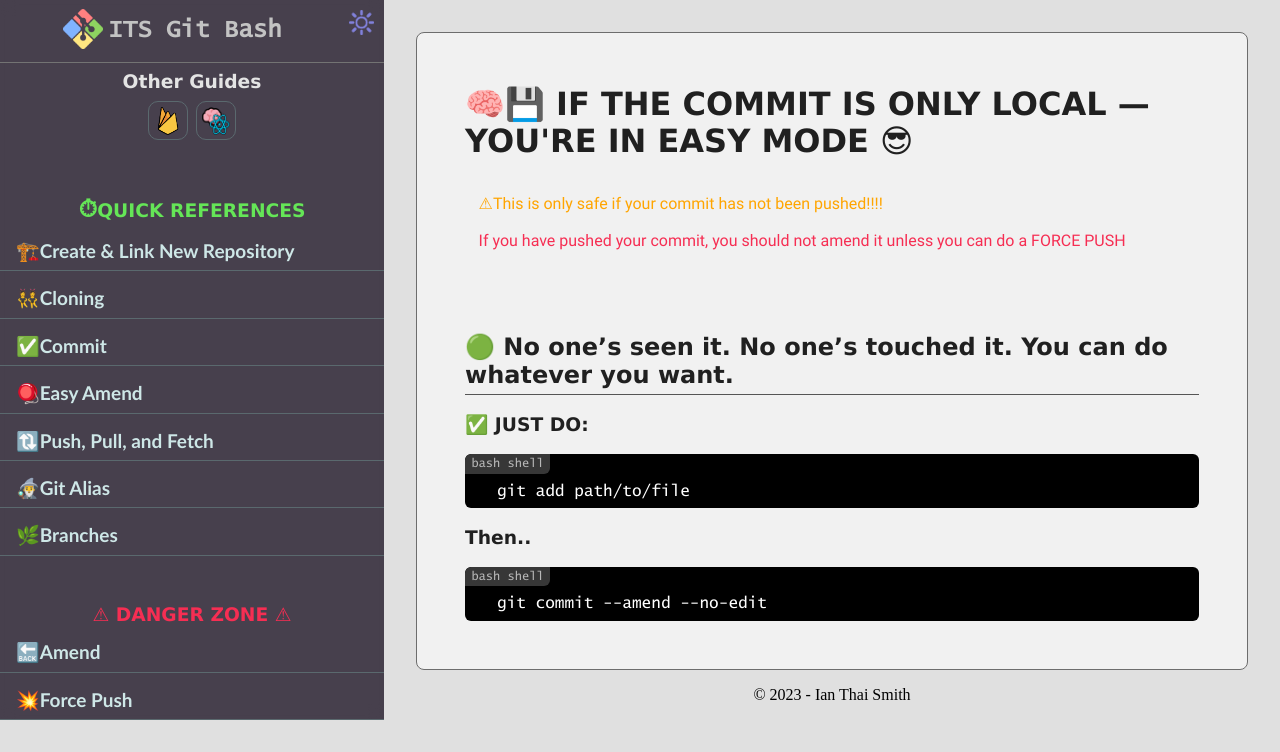
Repository: whyDoILoveThis/project__ITS_Git_Bash
Page: html/easy-amend.html
An editor plug-in stored every save of this project. The page is shown before and after the next save, followed by the edit.
The browser window is 1280 px wide. The pictures show the whole page.

Above is the page before, as saved 2025-07-06 06:25:46.

### html/easy-amend.html
<!DOCTYPE html>
<html lang="en">
  <head>
    <meta charset="UTF-8" />
    <meta name="viewport" content="width=device-width, initial-scale=1.0" />
    <link rel="stylesheet" href="/css/normalize.css" />
    <link rel="stylesheet" href="/css/style.css" />
    <title>new-page</title>
  </head>
  <body>
    <!--!!!!!-->
    <!--! MAIN-WRAP -->
    <div class="main-wrap">
      <section class="article-wrap">
        <article class="article">
          <h1>🧠💾 IF THE COMMIT IS ONLY LOCAL — YOU'RE IN EASY MODE 😎</h1>
          <p class="orng">
            ⚠This is only safe if your commit has not been pushed!!!!
            <br />
            <br />
            <em class="red">
              If you have pushed your commit, you should not amend it unless you
              can do a FORCE PUSH
            </em>
          </p>
          <h2>
            🟢 No one’s seen it. No one’s touched it. You can do whatever you
            want.
          </h2>
          <h3>✅ JUST DO:</h3>
          <div class="code">
            <p>git add path/to/file<br /></p>
          </div>
          <h3>Then..</h3>
          <div class="code">
            <p>git commit --amend --no-edit</p>
          </div>
        </article>
      </section>
    </div>
    <!--! MAIN-WRAP -->
    <!--! !!!!!!! -->
    <script src="/JS/dynamic-nav.js"></script>
  </body>
</html>

### css/style.css


/*TODO: REFACTOR FOR BETTER ORGANIZATION
        AND REMOVING REDUNDANCIES*/

        :root {
            --size--brightness-toggler: 50px;
        }


.gradient {
    width: 100vw;
    height: 100vh;
    background: rgb(52,30,84);
background: linear-gradient(360deg, rgba(52,30,84,1) 0%, rgba(67,41,166,1) 100%);
}

@font-face {
    font-family: LucidaConsole;
    src: url(/fonts/lucon.ttf);

}

@font-face {
    font-family: Roboto;
    src: url(/fonts/Roboto-Regular.ttf);
}

body {
    font-family: 'Lucida Sans', 'Lucida Sans Regular', 'Lucida Grande', 'Lucida Sans Unicode', Geneva, Verdana, sans-serif;
    transition: background-color 0.3s ease-in;
    background-color: rgb(36, 31, 35);

}

body::-webkit-scrollbar-track
{
	-webkit-box-shadow: inset 0 0 6px rgba(0,0,0,0.3);
	border-radius: 10px;
	background-color: rgb(52, 29, 69);
}

body::-webkit-scrollbar
{
    border-radius: 10px;

	width: 5px;
	background-color: rgb(50, 41, 56);
}

body::-webkit-scrollbar-thumb
{
	border-radius: 10px;
	-webkit-box-shadow: inset 0 0 6px rgba(0,0,0,.3);
	background-color: #8181DB;
}



ul {
    list-style-type: none;
    padding: 0;
    padding-bottom: 4rem;
    margin: 0;
}

ul li {
    padding: 1rem 0 0.5rem 1rem;
    border-bottom: 0.5px solid rgb(90, 105, 110);
}

li a {
    text-decoration: none;
    color: rgb(206, 231, 231);
    font-family: 'Trebuchet MS', 'Lucida Sans Unicode', 'Lucida Grande', 'Lucida Sans', Arial, sans-serif;
    font-weight: 600;
    text-decoration-thickness: 0px;
    font-size: 19px;
}

a {
    color: rgb(45, 143, 248);
    text-decoration: none;
}

a:hover {
    font-weight: 600;
    text-decoration: underline;
}

li a:hover {
    text-decoration: underline;
    text-decoration-thickness: 2px;
    text-decoration-color: rgb(110, 203, 103);
}

em {
    font-style: normal;
}

.main-wrap {
    display: flex;
    height: 100%;
    width: 100%;
}

/** NAV */

.nav {
    z-index: 100;
    background: rgba(50, 41, 56, 0.877);
    backdrop-filter: blur(8px);
    -webkit-backdrop-filter: blur(8px);
    display: flex;
    flex-direction: column;
    width: 30%;
    height: 100%;
    position: fixed;
    overflow: auto;
    transition: all 0.37s ease-out;
}

.nav::-webkit-scrollbar-track
{
	-webkit-box-shadow: inset 0 0 6px rgba(0,0,0,0.3);
	border-radius: 10px;
	background-color: rgb(50, 41, 56);
}

.nav::-webkit-scrollbar
{
    border-radius: 10px;

	width: 3px;
	background-color: rgb(50, 41, 56);
}

.nav::-webkit-scrollbar-thumb
{
	border-radius: 10px;
	-webkit-box-shadow: inset 0 0 6px rgba(0,0,0,.3);
	background-color: #8181DB;
}


.logo-wrap {
    height: auto;
    max-height: 40px;
    display: flex;
    align-items: center;
    justify-content: center;
    gap: 0.3rem;
    padding: 0.7rem;
    border-bottom: 1px solid rgb(115, 115, 115);
    padding-right: var(--size--brightness-toggler);

}

.logo__icon {
    width: 8vw;
    max-width: 40px;
    height: 8vw;
    max-height: 40px;
    display: inline;
}

.logo__tag {
    color: rgb(195, 195, 195);
    font-family:  LucidaConsole, Arial, Helvetica, sans-serif;
    white-space: 1px;
    font-size: 24px;
    font-weight: 600;
    margin: 0;
}

.dark-mode-toggler-wrap {
    position: absolute;
    top: 10px;
    right: 10px;

}

.other-guides-wrap {
    margin: 0.5rem;
    display: flex;
    justify-content: center;
    align-self: center;
    gap: 0.5rem;
}

.other-guides-wrap > a > img {
    width: 28px;
}

.other-guides-heading {
    color: rgb(228, 228, 228);
    margin-top: 0;
}

.guide-link {
    border: 1px solid rgb(90, 105, 110);
    border-radius: 10px;
    display: flex;
    justify-content: center;
    padding: 0.3rem;
    transition: background-color 0.4s;
}

.guide-link:hover {
    background-color: rgba(255, 255, 255, 0.117);
}

.quick-ref-heading {
    color: rgb(101, 230, 87);
    text-transform: uppercase;
}

.quick-ref-heading::before {
    content: '⏱';
    font-size: 24px;
}

.article-wrap {
    margin-left: 30%;
    width: calc(70% - 2rem * 2);
    padding: 2rem;
}

.article {
    border: 1px solid rgb(109, 109, 109);
    border-radius:8px;
    display: flex;
    flex-direction: column;
    padding: 3rem;
    padding-top: 2rem;

    background-color: rgb(49, 49, 49);
    color: rgba(255, 255, 255, 0.90);
    transition: background-color 0.4s ease-in, color 0.5s ease-in;

}

.article__heading,
.article h2.h2--large {
    text-align: center;
    font-size: 32px;
    margin: 0.8rem;
    border: 0;
}

.article h2 {
    margin: 4.4rem 0 0rem 0;
    border-bottom: 1px solid #555;
    padding-bottom: 0.3rem;
}


.article > p {
    font-family: Roboto, Arial, Helvetica, sans-serif;
    margin: 0.85rem;
}

.emoji {
    display: inline;
    width: 20px;
}

.emoji--rocket {
    content: url(/img/emoji-rocket.PNG);
}

.code {
    font-family: LucidaConsole, Arial, Helvetica, sans-serif;
    white-space: nowrap;
    background-color: black;
    color: white;
    font-style: normal;
    width: 100%;
    display: flex;
    flex-direction: column;
    border-radius: 6px;
    overflow: auto;
}

.code p::selection,
.code em::selection {
    background: rgba(214, 172, 238, 0.273);
    color: inherit;
}

.code::-webkit-scrollbar {
    width: 12px;
    background-color: #F5F5F5;
    height: 7px;
}
.code::-webkit-scrollbar-thumb {
    border-radius: 1px;
    -webkit-box-shadow: inset 0 0 6px rgba(0,0,0,.3);
    background-color: #555;
}
.code::-webkit-scrollbar-track {
    -webkit-box-shadow: inset 0 0 6px rgba(0,0,0,0.3);
    border-radius: 1px;
    background-color: #F5F5F5;
}


.code::before {
    content: 'bash shell';
    background-color: rgb(55, 55, 55);


    align-self: flex-start;

    color: rgb(184, 184, 184);
    padding: 0.25rem 0.4rem 0.1rem 0.4rem;
    border-radius: 6px 0px 6px 0;
    font-size: 12px;
}

.code--html::before {
    content: 'HTML';
    color: rgb(255, 72, 0);
    letter-spacing: 1px;
}

.code--js::before {
   content: 'javascript';
   color: yellow;
}

.code--json::before {
    content: 'json';
    color: rgb(93, 184, 93);
}

.code--file-struct::before {
    content: '📁';
    font-size: 20px;
}

.code p {
    margin: 0.5rem 0 0.5rem 2rem;
    display: inline-block;
    flex: 0 0 100%;
}

.comnt {
    color: rgb(123, 123, 123);
}

.orng {
    color: orange;
}

.grn {
    color: rgb(60, 162, 60);
}

.blu {
    color: rgb(74, 189, 255);
}

.red {
    color: rgb(246, 46, 83);
}

/** BUTTONS */

.btn-group {
    display: flex;
    gap: 0.5rem;
}

.btn {
    position: relative;
    z-index: 99;
    width: 100%;
    font-family: Roboto, Arial, Helvetica, sans-serif;
    font-size: 24px;
    text-shadow: 0 0 2px rgba(0, 0, 0, 0.577);
    padding: 10px 20px;
    background-color: #27396a;

    color: #6cbbfb;
    cursor: pointer;
    border-radius: 10px;
    border: 1.5px solid rgb(0, 0, 0);
    margin-top: 1rem;
}

.btn--important {
    color: rgb(252, 107, 107);
    background-color: rgb(83, 32, 32);
}

.btn--more-info-box {

    font-family: Roboto, Arial, Helvetica, sans-serif;
    background-color: #eeeeee;
    background-color: #363232;

    color: #202020;
    color: rgba(255, 255, 255, 0.90);
    position: relative;
    top: -1rem;
    padding: 1rem;
    border-radius: 8px;
    text-align: center;
    border: 1.5px solid rgb(0, 115, 225);
    animation: 0.5s ease-in-out;
    transform-origin: top center;
    transition: background-color 0.4s ease-in, color 0.5s ease-in;
}

.btn--more-info-box.hidden {
    display: none;

}

@keyframes bounceDown {
    0% {
        transform: scaleY(0);
        opacity: 0;
    }
    70% {
        transform: scaleY(1.04);
        opacity: 1;
    }
    100% {
        transform: scaleY(1);
        opacity: 1;
    }
}

@keyframes bounceUp {
    0% {
        transform: scaleY(1);
        opacity: 1;
    }

    20% {
        transform: scaleY(1.04);
        opacity: 0.8;
    }

    100% {
        transform: scaleY(0);
        opacity: 0.2;
    }
}

.btn--more-info-box p {
    text-align: left;
}

.btn--more-info-box h2 {
    margin-top: 2.5rem;
}

.btn--more-info-box h3 {
    margin-top: 1.5rem;
    margin-bottom: 0;
}

@media screen and (min-width: 768px) {
    .nav-toggler {
        position: fixed;
        display: none;
        visibility: hidden;
    }
}

@media screen and (max-width: 778px) {
    ul li {
        padding: 0.8rem 0.3rem 0.5rem 0.8rem;
    }

    li a {
        font-size: 17px;
    }

    .nav {
        margin: 0;
        width: 100%;
        height: 60px;
        overflow: hidden;
        border-top-right-radius: 0;
        border-bottom-left-radius: 10px;
        border-bottom-right-radius: 10px;
        box-shadow: 1px 1px 1px 3px rgba(0, 0, 0, 0.179);
    }

    .nav-expanded {
        width: 85%;
        height: 100%;
        overflow-y: auto;
        box-shadow: 1px 1px 0px 700px rgba(0, 0, 0, 0.5);
        border-bottom-left-radius: 0;
    }

    .nav-expanded .nav-toggler {
        position: absolute;
        transform: translateY(60px);
    }

    .logo-wrap {
        place-self: center;
        padding-right: var(--size--brightness-toggler);
        padding-left: var(--size--brightness-toggler);
    }
    .logo__icon {
        height: 40px;
        width: 40px;
    }
    .dark-mode-toggler-wrap {
        position: absolute;
        top: 15px;
        right: 10px;

    }
    .nav-toggler {
       width: 40px;
       position: absolute;
       left: 10px;

       transition: all 0.2s;
    }

    .logo__tag {
        font-size: 22px;
        white-space: nowrap;
    }

    .article-wrap {
        margin: 0;
        width: calc(100% - 0.5rem * 2);
         padding: 0.5rem;
         margin-top: 70px;
     }
     .article {
        padding: 0.5rem;
    }
}

.copyright::before {
    content: '© 2023 - Ian Thai Smith ';
    font-family: 'Times New Roman', Times, serif ;
    display: flex;
    justify-content: center;

}

### JS/dynamic-nav.js
const head = document.getElementsByTagName('head')[0];
const tabIcon = document.createElement("link");
tabIcon.href = "/img/git-bash-icon.png";
tabIcon.rel = "icon";
head.appendChild(tabIcon);

const articleWrap = document.querySelector(".article-wrap");

const copyright = document.createElement("p");
copyright.classList.add("copyright");

articleWrap.appendChild(copyright);

// Select the target element
const container = document.querySelector(".main-wrap");

// Create the main navigation element
const navigation = document.createElement("nav");
navigation.classList.add("nav");

function expandNav(){
    navigation.classList.toggle("nav-expanded")
}

const navToggler = document.createElement("img");
navToggler.src = "/img/icon-nav-toggler.png";
navToggler.classList.add("nav-toggler");
navToggler.addEventListener("click", expandNav);



// Create the logo-wrap div
const logoWrap = document.createElement("div");
logoWrap.classList.add("logo-wrap");

// Create the logo icon
const logoIcon = document.createElement("img");
const homeLink = document.createElement("a");
homeLink.href = "/index.html";
logoIcon.src = "/img/git-bash-icon.png";
logoIcon.alt = "";
logoIcon.classList.add("logo__icon");
homeLink.appendChild(logoIcon);


// Create the logo tag
const logoTag = document.createElement("p");
logoTag.classList.add("logo__tag");
logoTag.innerText = "ITS Git Bash";


const darkModeTogglerWrap = document.createElement("div");
darkModeTogglerWrap.classList.add("dark-mode-toggler-wrap");
const darkModeToggler = document.createElement("img");
darkModeTogglerWrap.appendChild(darkModeToggler);
darkModeToggler.src = "/img/icon-brightness-dim.png";
darkModeToggler.style.width = "25px";
darkModeToggler.classList.add(".dark-mode-toggler");

const article = document.querySelector('.article')


darkModeToggler.addEventListener("click", toggleBrightness);

const otherGuidesWrap = document.createElement("div");
otherGuidesWrap.classList.add("other-guides-wrap");

const otherGuides = document.createElement("h3");
otherGuides.innerText = "Other Guides";
otherGuides.classList.add('other-guides-heading');
otherGuides.style.textAlign = "center";
otherGuides.style.marginBottom = "0";
otherGuides.style.marginTop = "0.5rem";

const linkBash = document.createElement('a');
const imgBash = document.createElement("img");
linkBash.classList.add('guide-link');
imgBash.src = "/img/firebase-icon.png";
linkBash.href = "https://its-firebase.vercel.app";
linkBash.appendChild(imgBash);
otherGuidesWrap.appendChild(linkBash);
// another
const linkReact18 = document.createElement('a');
const imgReact18 = document.createElement("img");
linkReact18.classList.add('guide-link');
imgReact18.src = "/img/learn-react18-icon.png";
linkReact18.href = "https://learn-react18.vercel.app";
linkReact18.appendChild(imgReact18);
otherGuidesWrap.appendChild(linkReact18);




const infoBoxes = document.querySelectorAll('.btn--more-info-box');


// Check if 'bright' is stored in localStorage
const storedBright = localStorage.getItem('bright');

// Initialize 'bright' with the stored value (or default to false if not found)
let bright = storedBright === 'false';


function toggleBrightness() {
    bright = !bright;

    // Store the updated 'bright' value in localStorage
    localStorage.setItem('bright', bright);

 // Update UI and apply styles based on 'bright' state

    if(bright){
    fadeOutAndChange(darkModeToggler, "/img/icon-brightness-bright.png");
    document.body.style.backgroundColor = 'rgb(224, 224, 224)';
    article.style.backgroundColor = 'rgb(241, 241, 241)';
    article.style.color = '#202020';
    copyright.style.color = 'black';
    infoBoxes.forEach(infoBox => {
        infoBox.style.backgroundColor = '#eeeeee';
        infoBox.style.color = '#202020';
    });
    } else {
        fadeOutAndChange(darkModeToggler, "/img/icon-brightness-dim.png");
        document.body.style.backgroundColor = 'rgb(36, 31, 35)';
        article.style.backgroundColor = 'rgb(49, 49, 49)';
        article.style.color = 'rgba(255, 255, 255, 0.90)';
        copyright.style.color = 'white';
        infoBoxes.forEach(infoBox => {
            infoBox.style.backgroundColor = '#363232';
            infoBox.style.color = 'rgba(255, 255, 255, 0.90)';
        });
    }
}

function fadeOutAndChange(element, newImageSrc) {
    element.style.opacity = 0;
    setTimeout(() => {

        element.src = newImageSrc;
        element.style.opacity = 1;
    }, 200); // Adjust the time to match your CSS transition duration
}

// Call toggleBrightness to initialize UI based on stored value
toggleBrightness();


// Append the logo icon and tag to the logo-wrap div
logoWrap.appendChild(navToggler);
logoWrap.appendChild(homeLink);
logoWrap.appendChild(logoTag);



// Create the links list
const linkList = document.createElement("ul");
linkList.classList.add("link__list");


const quickRefs = document.createElement("h3");
quickRefs.innerText = "Quick References";
quickRefs.classList.add('quick-ref-heading');
quickRefs.style.textAlign = "center";
quickRefs.style.marginBottom = "0";
quickRefs.style.marginTop = "3rem";
linkList.appendChild(quickRefs);
/****************LINKS****************** */
/****************LINKS****************** */
// Create a list item for the link
const linkItem1 = document.createElement("li");
linkItem1.classList.add("link");
// Create the link itself
const linkCreateNewRepo = document.createElement("a");
linkCreateNewRepo.href = "/html/create-and-link-new-repo.html";
linkCreateNewRepo.innerText = "🏗️Create & Link New Repository";
// Append the link to the list item
linkItem1.appendChild(linkCreateNewRepo);
// Append the list item to the links list
linkList.appendChild(linkItem1);

// Create a list item for the link
const linkItem2 = document.createElement("li");
linkItem2.classList.add("link");
const linkCloning = document.createElement("a");
linkCloning.href = "/html/cloning.html";
linkCloning.innerText = "👯‍♀️Cloning";
// Append the link to the list item
linkItem2.appendChild(linkCloning);
// Append the list item to the links list
linkList.appendChild(linkItem2);

const linkItem3 = document.createElement("li");
linkItem3.classList.add("link");
const linkCommit = document.createElement("a");
linkCommit.href = "/html/commit.html";
linkCommit.innerText = "✅Commit";
linkItem3.appendChild(linkCommit);
linkList.appendChild(linkItem3);

const linkItem3v1 = document.createElement("li");
linkItem3v1.classList.add("link");
const linkEasyAmend = document.createElement("a");
linkEasyAmend.href = "/html/easy-amend.html";
linkEasyAmend.innerText = "🪀Easy Amend";
linkItem3v1.appendChild(linkEasyAmend);
linkList.appendChild(linkItem3v1);

const linkItem4 = document.createElement("li");
linkItem4.classList.add("link");
const linkPushPullAndFetch = document.createElement("a");
linkPushPullAndFetch.href = "/html/push-pull-and-fetch.html";
linkPushPullAndFetch.innerText = "🔃Push, Pull, and Fetch";
linkItem4.appendChild(linkPushPullAndFetch);
linkList.appendChild(linkItem4);

const linkItem7 = document.createElement("li");
linkItem7.classList.add("link");
const linkGitAlias = document.createElement("a");
linkGitAlias.href = "/html/git-alias.html";
linkGitAlias.innerText = "🧙‍♂️Git Alias";
linkItem7.appendChild(linkGitAlias);
linkList.appendChild(linkItem7);

const linkItem8 = document.createElement("li");
linkItem8.classList.add("link");
const linkBranches = document.createElement("a");
linkBranches.href = "/html/branches.html";
linkBranches.innerText = "🌿Branches";
linkItem8.appendChild(linkBranches);
linkList.appendChild(linkItem8);

const dangerZone = document.createElement("h3");
dangerZone.innerText = "⚠ DANGER ZONE ⚠";
dangerZone.style.textAlign = "center";
dangerZone.classList.add("red");
dangerZone.style.marginBottom = "0";
dangerZone.style.marginTop = "3rem";
linkList.appendChild(dangerZone);

const linkItem5 = document.createElement("li");
linkItem5.classList.add("link");
const linkAmend = document.createElement("a");
linkAmend.href = "/html/amend.html";
linkAmend.innerText = "🔙Amend";
linkItem5.appendChild(linkAmend);
linkList.appendChild(linkItem5);

const linkItem6 = document.createElement("li");
linkItem6.classList.add("link");
const linkForcePush = document.createElement("a");
linkForcePush.href = "/html/💥force-push.html";
linkForcePush.innerText = "💥Force Push";
linkItem6.appendChild(linkForcePush);
linkList.appendChild(linkItem6);





/****************LINKS****************** */
/****************LINKS****************** */


// Append the logo-wrap div and links list to the navigation
navigation.appendChild(logoWrap);
navigation.appendChild(darkModeTogglerWrap);
navigation.appendChild(otherGuides);
navigation.appendChild(otherGuidesWrap);
navigation.appendChild(linkList);

// Append the navigation to the container
container.appendChild(navigation);

Loaded but not shown: css/normalize.css (library)

After the next save:
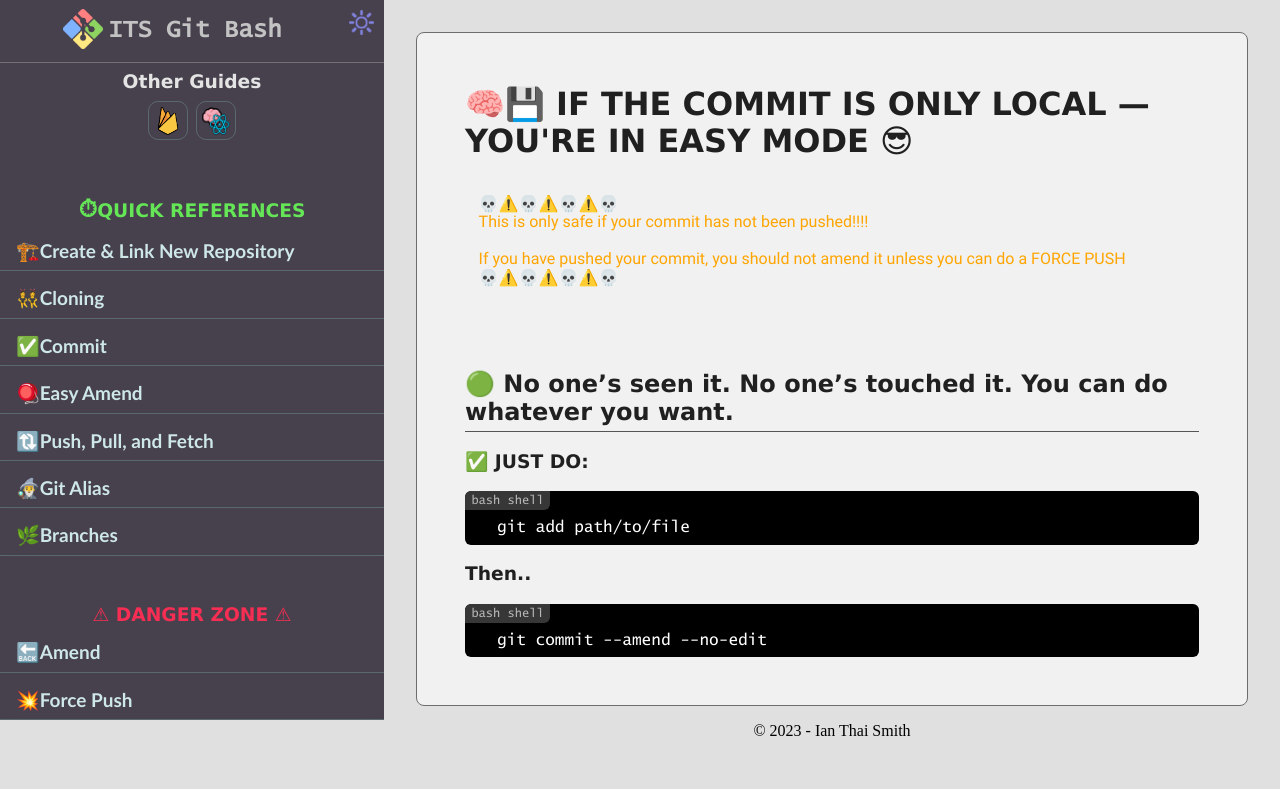
Saved 91 s later.
--- a/html/easy-amend.html
+++ b/html/easy-amend.html
@@ -15,13 +15,15 @@
         <article class="article">
           <h1>🧠💾 IF THE COMMIT IS ONLY LOCAL — YOU'RE IN EASY MODE 😎</h1>
           <p class="orng">
-            ⚠This is only safe if your commit has not been pushed!!!!
+            💀⚠️💀⚠️💀⚠️💀
+            <br />
+            This is only safe if your commit has not been pushed!!!!
             <br />
             <br />
-            <em class="red">
-              If you have pushed your commit, you should not amend it unless you
-              can do a FORCE PUSH
-            </em>
+            If you have pushed your commit, you should not amend it unless you
+            can do a FORCE PUSH
+            <br />
+            💀⚠️💀⚠️💀⚠️💀
           </p>
           <h2>
             🟢 No one’s seen it. No one’s touched it. You can do whatever you
